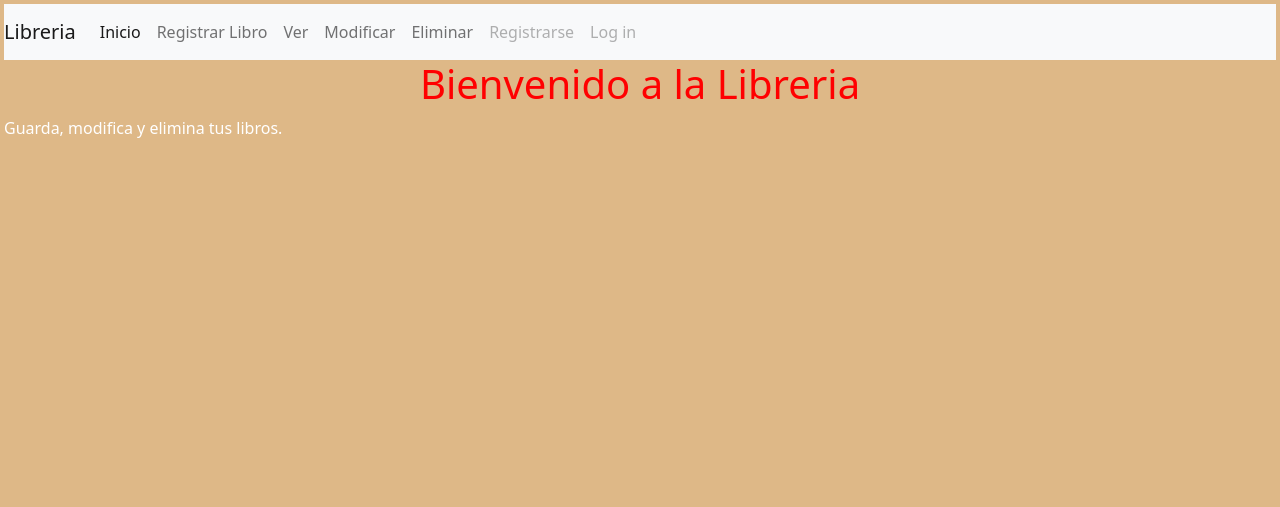
Repository: frnalonso/libreria
Page: src/main/resources/templates/index.html
An editor plug-in stored every save of this project. The page is shown before and after the next save, followed by the edit.
The browser window is 1280 px wide. The pictures show the whole page.

Above is the page before, as saved 2021-11-13 13:37:22.

After the next save:
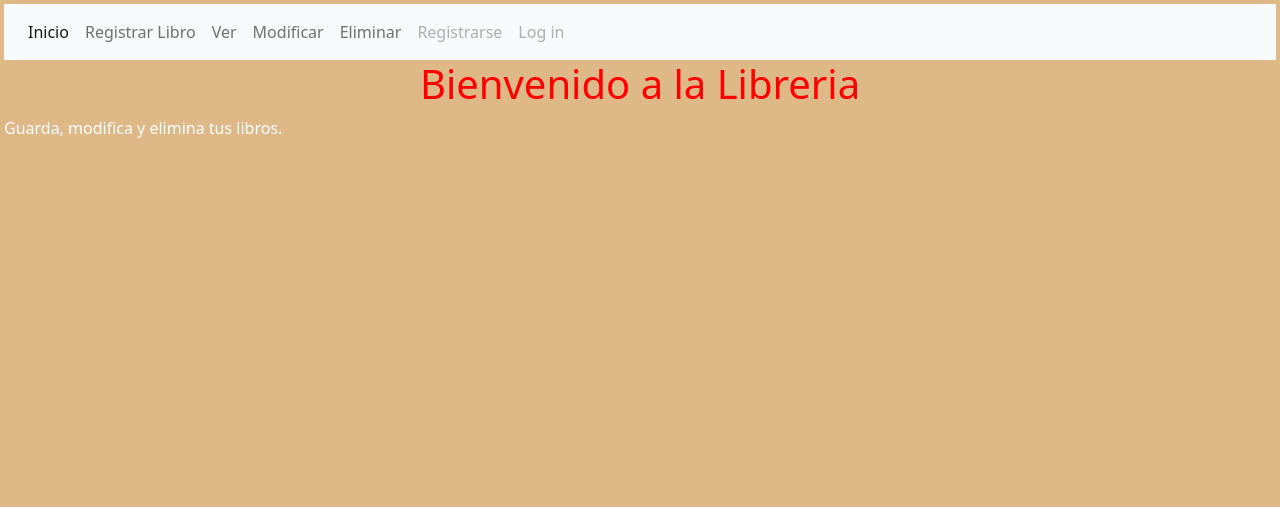
Not found: images/icono_libreria.png
Saved 2 min 38 s later.
--- a/src/main/resources/templates/index.html
+++ b/src/main/resources/templates/index.html
@@ -14,7 +14,7 @@
   </head>
   <body class="p-1 text-white">
     <nav class="navbar navbar-expand-lg navbar-light bg-light">
-        <a class="navbar-brand" href="/">Libreria</a>
+        <a class="navbar-brand" href="/" ><img src="/images/icono_libreria.png" alt=""></a>
         <button class="navbar-toggler" type="button" data-toggle="collapse" data-target="#navbarNavAltMarkup" aria-controls="navbarNavAltMarkup" aria-expanded="false" aria-label="Toggle navigation">
           <span class="navbar-toggler-icon"></span>
         </button>

After the save that followed:
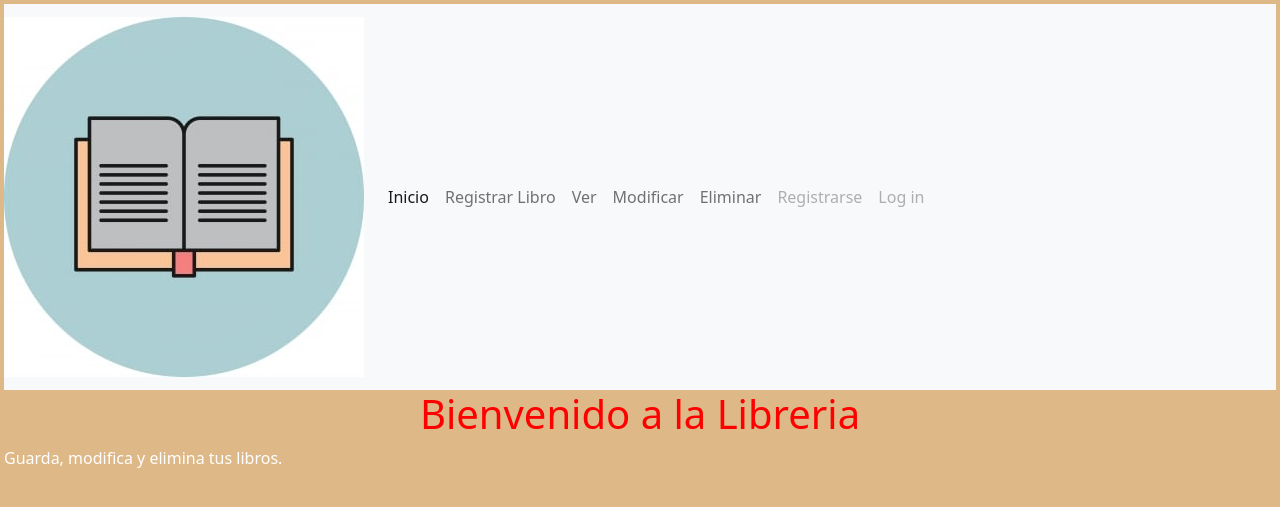
Saved 69 s later.
--- a/src/main/resources/templates/index.html
+++ b/src/main/resources/templates/index.html
@@ -14,7 +14,7 @@
   </head>
   <body class="p-1 text-white">
     <nav class="navbar navbar-expand-lg navbar-light bg-light">
-        <a class="navbar-brand" href="/" ><img src="/images/icono_libreria.png" alt=""></a>
+        <a class="navbar-brand" href="/" ><img src="/images/icono_libreria2.jpg" alt=""></a>
         <button class="navbar-toggler" type="button" data-toggle="collapse" data-target="#navbarNavAltMarkup" aria-controls="navbarNavAltMarkup" aria-expanded="false" aria-label="Toggle navigation">
           <span class="navbar-toggler-icon"></span>
         </button>
